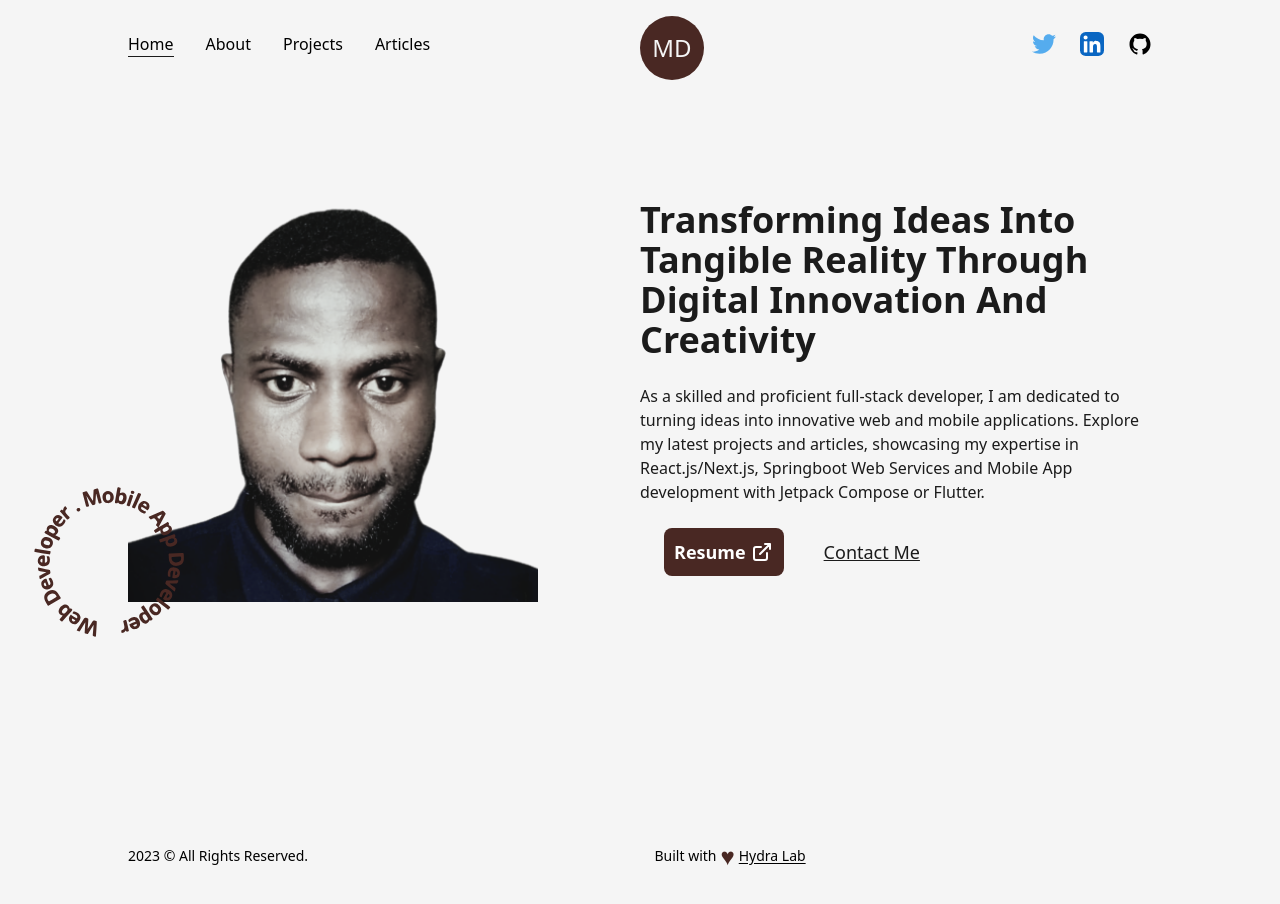
Repository: marcusdashe/situs
Page: /
An editor plug-in stored every save of this project. The page is shown before and after the next save, followed by the edit.
The browser window is 1280 px wide. The pictures show the whole page.
The project was rebuilt for these pictures with package versions that can differ from the ones it lists, and the page was loaded fresh each time. The framework's server and built-in components were replaced by stand-ins that run in the browser.

Above is the page before, as saved 2023-06-16 18:09:06.

After the next save:
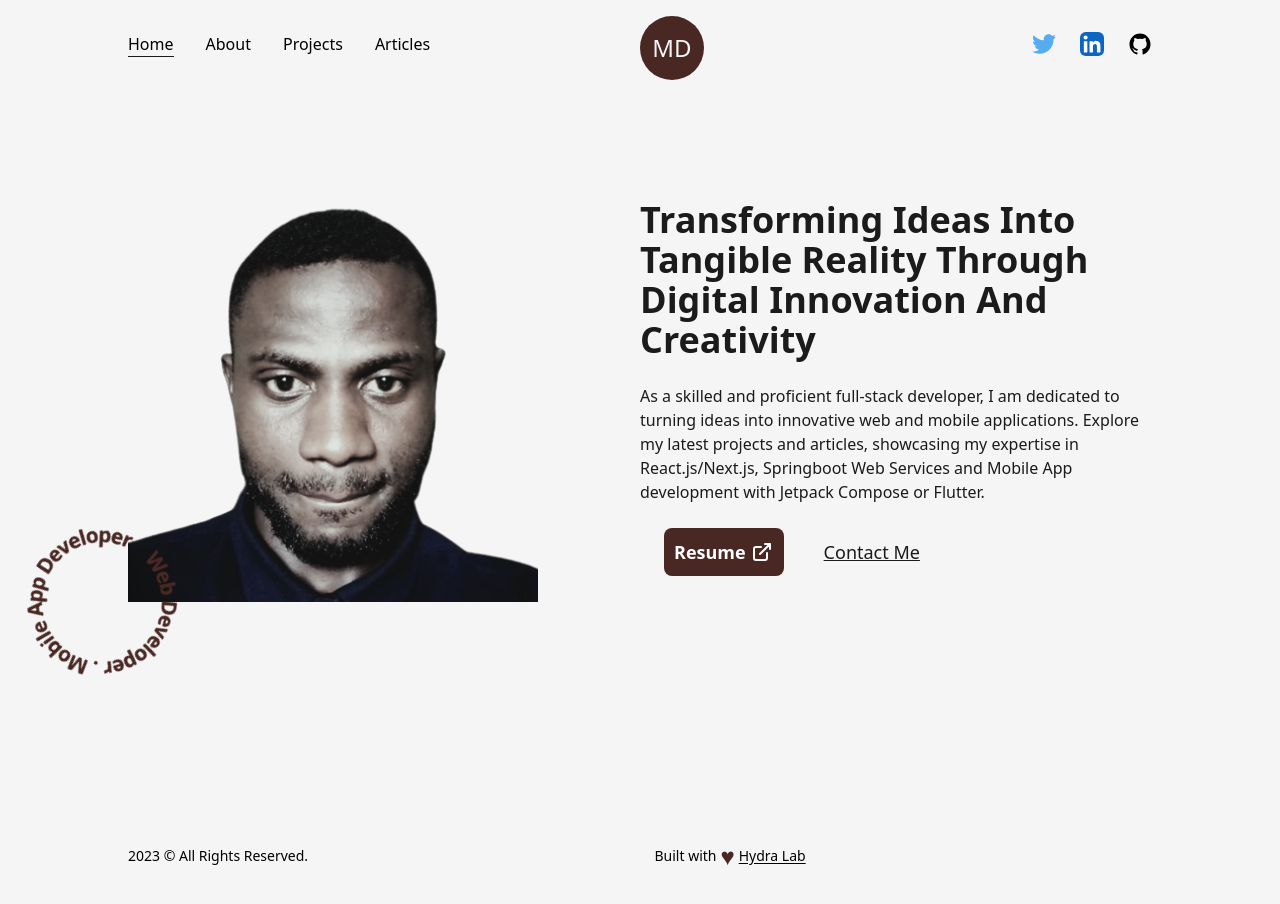
Saved 50 s later.
--- a/src/components/HireMe.jsx
+++ b/src/components/HireMe.jsx
@@ -5,7 +5,7 @@ const HireMe = () => {
   return (
     <div className="fixed left-4 bottom-4 flex items-center justify-center overflow-hidden">
       <div className="w-48 h-auto flex items-center justify-center relative">
-        <CircularText className="fill-primaryDark" />
+        <CircularText className="fill-primaryDark animate-spin" />
       </div>
     </div>
   );
